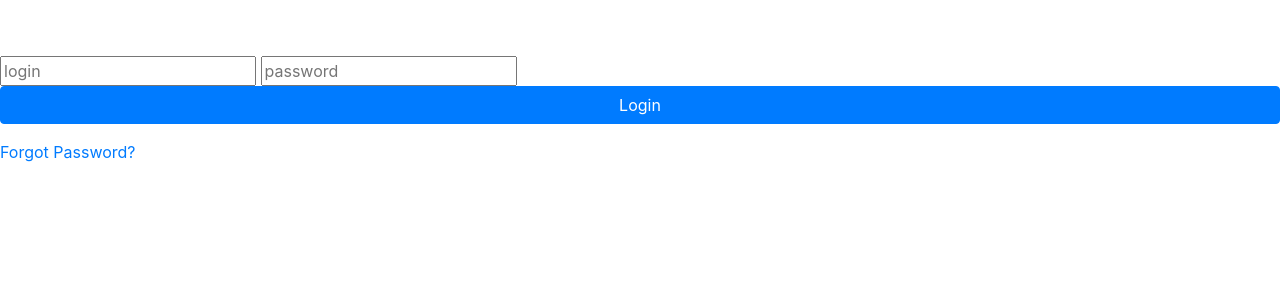
Repository: ethanccastro/social-poem
Page: http://localhost/login
The author's editor kept a record of every edit. The page is drawn from the files as they stood at one moment, then again after the next edit.
The browser window is 1280 px wide. The pictures show the whole page.
Some web libraries are served in a nearby version. The page is served by the project's Node server (app.js).

Above is the page before.
Console error: TypeError: Cannot read properties of undefined (reading 'fn')

After the next edit:
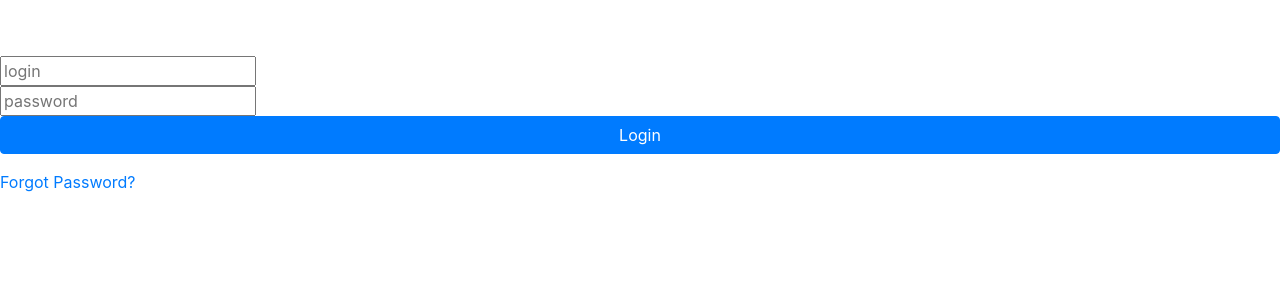
The edit:
--- a/views/login.hbs
+++ b/views/login.hbs
@@ -10,7 +10,8 @@
     <!-- Login Form -->
     <form>
       <div class="form-group">
-      <input type="text" id="login" class="fadeIn second" name="username" placeholder="login">
+        <input type="text" id="login" class="fadeIn second" name="username" placeholder="login">
+      <div class="form-group">
       <input type="text" id="password" class="fadeIn third" name="password" placeholder="password">
       <div class="form-group">
             <button type="submit" id="loginButton" class="btn btn-primary btn-block">Login</button>
